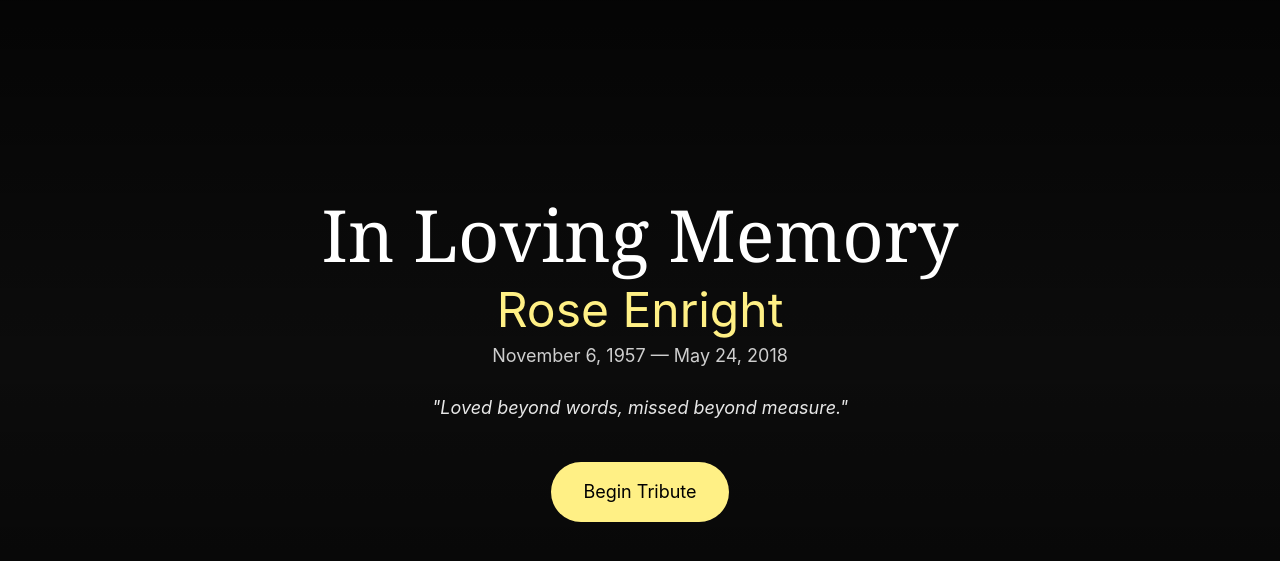
Repository: ConnorStubbs5/lasting-light
Page: /
The author's editor kept a copy of each file at every save. The page is drawn from the files as they stood at one save, then again after the next save.
The browser window is 1280 px wide. The pictures show the whole page.
The project was rebuilt for these pictures with package versions that can differ from the ones it lists, and the page was loaded fresh each time. Also part of the build but not shown: vite.config.js, src/components/MemorialSlideshow.jsx.

Above is the page before, as saved 2026-05-09 16:21:38.

After the next save:
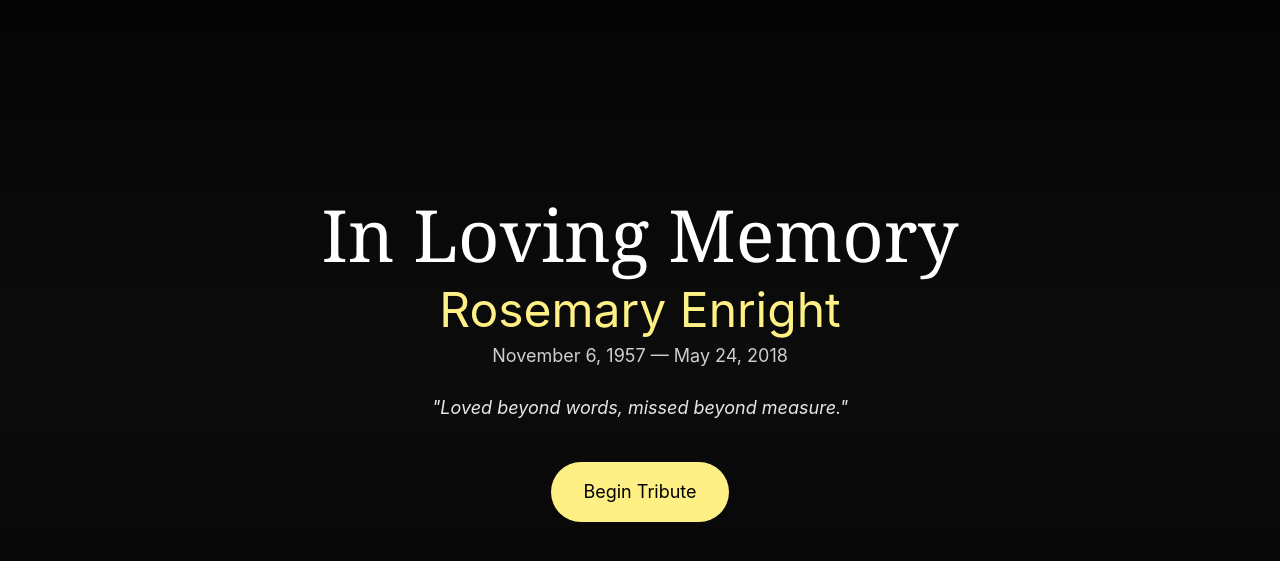
Saved 3 h 14 min later.
--- a/public/memorials/rose-enright/config.json
+++ b/public/memorials/rose-enright/config.json
@@ -1,5 +1,5 @@
 {
-  "name": "Rose Enright",
+  "name": "Rosemary Enright",
   "birthDate": "November 6, 1957",
   "deathDate": "May 24, 2018",
   "heroQuote": "Loved beyond words, missed beyond measure.",

After the save that followed:
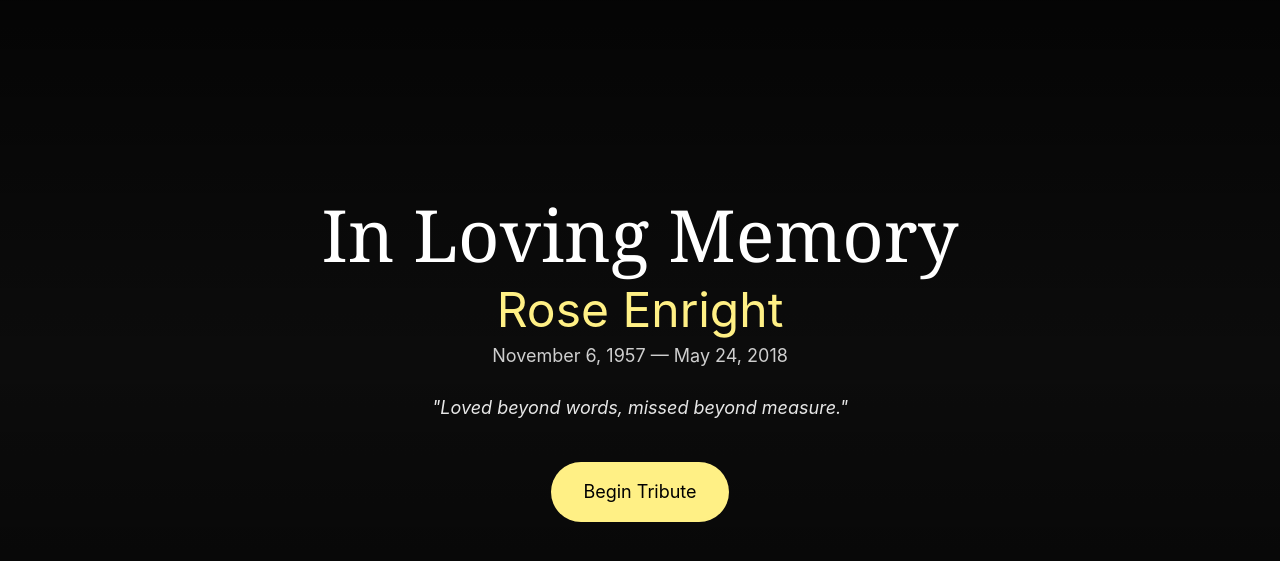
Saved 67 s later.
--- a/public/memorials/rose-enright/config.json
+++ b/public/memorials/rose-enright/config.json
@@ -1,5 +1,5 @@
 {
-  "name": "Rosemary Enright",
+  "name": "Rose Enright",
   "birthDate": "November 6, 1957",
   "deathDate": "May 24, 2018",
   "heroQuote": "Loved beyond words, missed beyond measure.",
